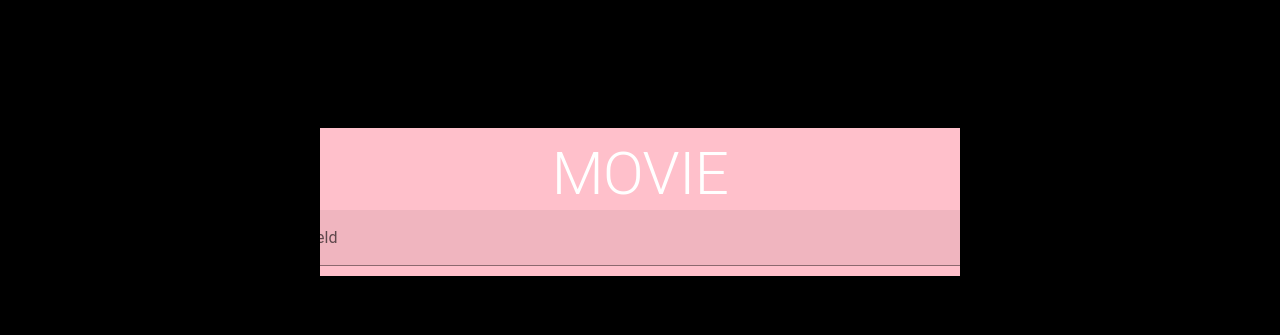
Repository: songjiwon17/movie
Page: /
The author's editor kept a copy of each file at every save. The page is drawn from the files as they stood at one save, then again after the next save.
The browser window is 1280 px wide. The pictures show the whole page.
The project was rebuilt for these pictures with package versions that can differ from the ones it lists, and the page was loaded fresh each time. Also part of the build but not shown: src/component/Login.js.

Above is the page before, as saved 2024-01-04 21:50:45.

### src/App.js
import { BrowserRouter, Route, Routes } from 'react-router-dom';
import './App.css';
import Home from './component/Home';
import Login from './component/Login';

function App() {
  return (
    <>
      <BrowserRouter>
        <Routes>
          <Route path='/' element={<Home/>}></Route>
          <Route path='login' element={<Login/>}></Route>
        </Routes>
      </BrowserRouter>
    </>
  );
}

export default App;

### src/App.css
@charset "UTF-8";

/* base */
* {
  padding: 0;
  margin: 0;
  box-sizing: border-box;
  font-family: "Noto Sans KR", "맑은 고딕", "Apple SD Gothic Neo", sans-serif;
  color: #fff;
  font-size: 16px;
}

li {
  list-style: none;
}

a {
  display: block;
  text-decoration: none;
}

img {
  display: block;
  border: none;
}

/* Home */
body{
  background-color: #000;
}

.home{
  display: flex; flex-direction: column; justify-content: center; align-items: center;
  width: 50%;
  padding: 10px; margin: 10% auto;
  background-color: pink;
}

### src/component/Home.js
import {Link} from 'react-router-dom';
import Header from "./Header";
import SearchForm from './SearchForm';

function Home(){
    return(
        <div className="home">
            <Link to='/'><Header/></Link>
            <SearchForm/>
        </div>
    )
}
export default Home;

### src/component/Header.js
import { Typography } from "@mui/material";

function Header(){
    return(
        <div>
            <Typography variant="h2" align="center">MOVIE</Typography>
        </div>
    )
}
export default Header;

### src/component/SearchForm.js
import TextField from '@mui/material/TextField';

function SearchForm(){
    return(
        <>
        <TextField
        style={{
            width: 800

        }}
          id="filled-search"
          label="Search field"
          type="search"
          variant="filled"
        />
        </>
    )
}
export default SearchForm;

Loaded but not shown: public/index.html (common file); src/index.js (common file); src/index.css (common file); src/reportWebVitals.js (common file)

After the next save:
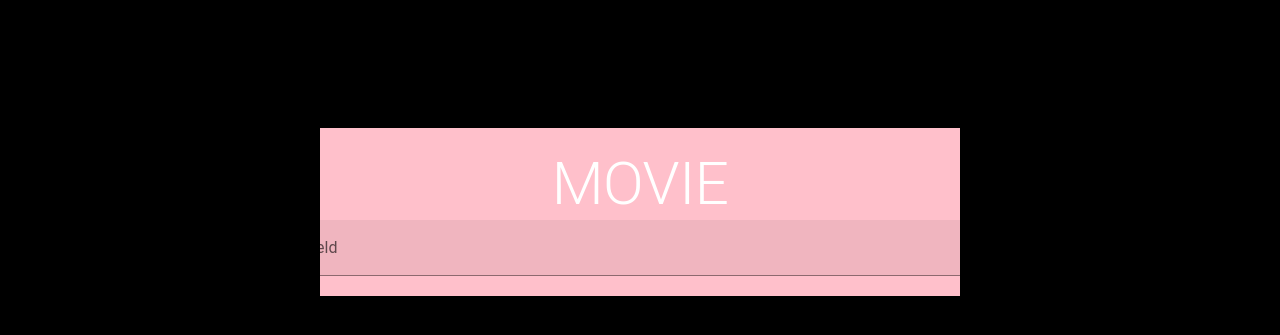
Saved 5 s later.
--- a/src/App.css
+++ b/src/App.css
@@ -32,6 +32,6 @@ body{
 .home{
   display: flex; flex-direction: column; justify-content: center; align-items: center;
   width: 50%;
-  padding: 10px; margin: 10% auto;
+  padding: 20px; margin: 10% auto;
   background-color: pink;
 }
